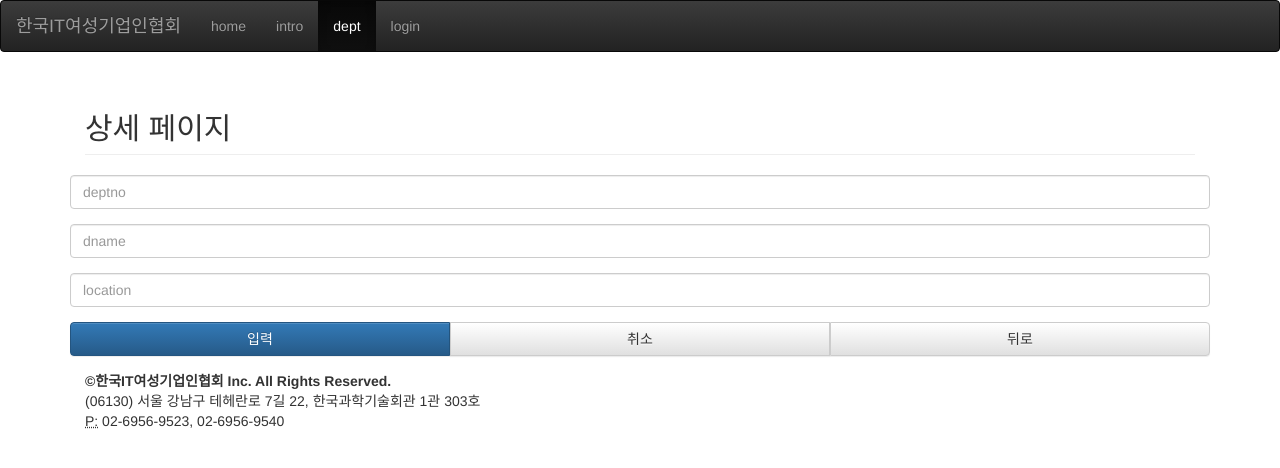
Repository: minho00123/sw-professional-training
Page: http://localhost/sts08/WEB-INF/views/dept/dept.jsp
These files come from the project's save history. The page is drawn as it stood at one moment and after the next save; the edit follows.
The browser window is 1280 px wide. The pictures show the whole page.
The page is served by Tomcat 9. Nobody is signed in. Other server files are loaded and not shown. The template is opened directly, without the code that normally fills it, so the values that code supplies are empty.

Above is the page before, as saved 2025-05-21 03:10:14.
Console error (its wording comes from the project's code and is left out).

### stsWorkspace/sts08/src/main/webapp/WEB-INF/views/dept/dept.jsp
<%@ page language="java" contentType="text/html; charset=UTF-8"
	pageEncoding="UTF-8"%>
<!DOCTYPE html>
<html>
<head>
<meta charset="UTF-8">
<title>Insert title here</title>
<%@ include file="../layout/header.jspf"%>
</head>
<body>
	<%@ include file="../layout/menu.jspf"%>
	<h2 class="page-header">상세 페이지</h2>
	<form action="./" method="post" class="form-horizontal">
		<div class="form-group">
			<label class="sr-only">deptno</label><input name="deptno"
				class="form-control" placeholder="deptno" />
		</div>
		<div class="form-group">
			<label class="sr-only">dname</label><input name="dname"
				class="form-control" placeholder="dname" />
		</div>
		<div class="form-group">
			<label class="sr-only">location</label><input name="loc"
				class="form-control" placeholder="location" />
		</div>
		<div class="form-group">
			<div class="btn-group btn-group-justified" role="group">
				<div class="btn-group" role="group">
					<button type="submit" class="btn btn-primary">입력</button>
				</div>
				<div class="btn-group" role="group">
					<button type="reset" class="btn btn-default">취소</button>
				</div>
				<div class="btn-group" role="group">
					<button type="button" class="btn btn-default"
						onclick="history.back();">뒤로</button>
				</div>
			</div>
		</div>
	</form>
	<%@ include file="../layout/footer.jspf"%>
</body>
</html>

### stsWorkspace/sts08/src/main/webapp/WEB-INF/views/layout/header.jspf
<%@ page language="java" contentType="text/html; charset=UTF-8"
    pageEncoding="UTF-8"%>
<%@ taglib prefix="c" uri="http://java.sun.com/jsp/jstl/core"%>
<!-- Latest compiled and minified CSS -->
<link rel="stylesheet"
	href="https://cdn.jsdelivr.net/npm/bootstrap@3.4.1/dist/css/bootstrap.min.css"
	integrity="sha384-HSMxcRTRxnN+Bdg0JdbxYKrThecOKuH5zCYotlSAcp1+c8xmyTe9GYg1l9a69psu"
	crossorigin="anonymous">

<!-- Optional theme -->
<link rel="stylesheet"
	href="https://cdn.jsdelivr.net/npm/bootstrap@3.4.1/dist/css/bootstrap-theme.min.css"
	integrity="sha384-6pzBo3FDv/PJ8r2KRkGHifhEocL+1X2rVCTTkUfGk7/0pbek5mMa1upzvWbrUbOZ"
	crossorigin="anonymous">

<!-- Latest compiled and minified JavaScript -->
<script
	src="https://cdn.jsdelivr.net/npm/bootstrap@3.4.1/dist/js/bootstrap.min.js"
	integrity="sha384-aJ21OjlMXNL5UyIl/XNwTMqvzeRMZH2w8c5cRVpzpU8Y5bApTppSuUkhZXN0VxHd"
	crossorigin="anonymous"></script>

<!-- jQuery (necessary for Bootstrap's JavaScript plugins) -->
<script src="https://code.jquery.com/jquery-1.12.4.min.js"
	integrity="sha384-nvAa0+6Qg9clwYCGGPpDQLVpLNn0fRaROjHqs13t4Ggj3Ez50XnGQqc/r8MhnRDZ"
	crossorigin="anonymous"></script>

### stsWorkspace/sts08/src/main/webapp/WEB-INF/views/layout/menu.jspf
<%@ page language="java" contentType="text/html; charset=UTF-8"
	pageEncoding="UTF-8"%>
<nav class="navbar navbar-inverse">
	<div class="container-fluid">
		<div class="navbar-header">
			<a class="navbar-brand" href="${pageContext.request.contextPath }/">
				한국IT여성기업인협회 </a>
		</div>
		<div class="collapse navbar-collapse"
			id="bs-example-navbar-collapse-1">
			<ul class="nav navbar-nav">
				<%
					String url = request.getRequestURI().substring((request.getContextPath() + "/WEB-INF/views").length());
					if (url.equals("/index.jsp")) {
						pageContext.setAttribute("menu", "menu1");
					} else if (url.equals("/intro.jsp")) {
						pageContext.setAttribute("menu", "menu2");
					} else if (url.startsWith("/dept/")) {
						pageContext.setAttribute("menu", "menu3");
					} else if (url.startsWith("/login/")) {
						pageContext.setAttribute("menu", "menu4");
					}
				%>
				<li class="${menu eq 'menu1' ? 'active' : '' }"><a
					href="${pageContext.request.contextPath }/">home</a></li>
				<li class="${menu eq 'menu2' ? 'active' : '' }"><a
					href="${pageContext.request.contextPath }/intro">intro</a></li>
				<li class="${menu eq 'menu3' ? 'active' : '' }"><a
					href="${pageContext.request.contextPath }/dept/">dept</a></li>
				<li class="${menu eq 'menu4' ? 'active' : '' }"><a
					href="${pageContext.request.contextPath }/login/">login</a></li>
			</ul>
		</div>
	</div>
</nav>
<div class="container">
	<div class="col-md-12">
		<!-- begin -->

### stsWorkspace/sts08/src/main/webapp/WEB-INF/views/layout/footer.jspf
<%@ page language="java" contentType="text/html; charset=UTF-8"
    pageEncoding="UTF-8"%>
			<!-- end -->
		</div>
		<div class="col-md-12">
			<address>
				<strong>©한국IT여성기업인협회 Inc. All Rights Reserved.</strong><br>
				(06130) 서울 강남구 테헤란로 7길 22, 한국과학기술회관 1관 303호 <br> <abbr
					title="Phone">P:</abbr> 02-6956-9523, 02-6956-9540
			</address>
		</div>
	</div>

After the next save:
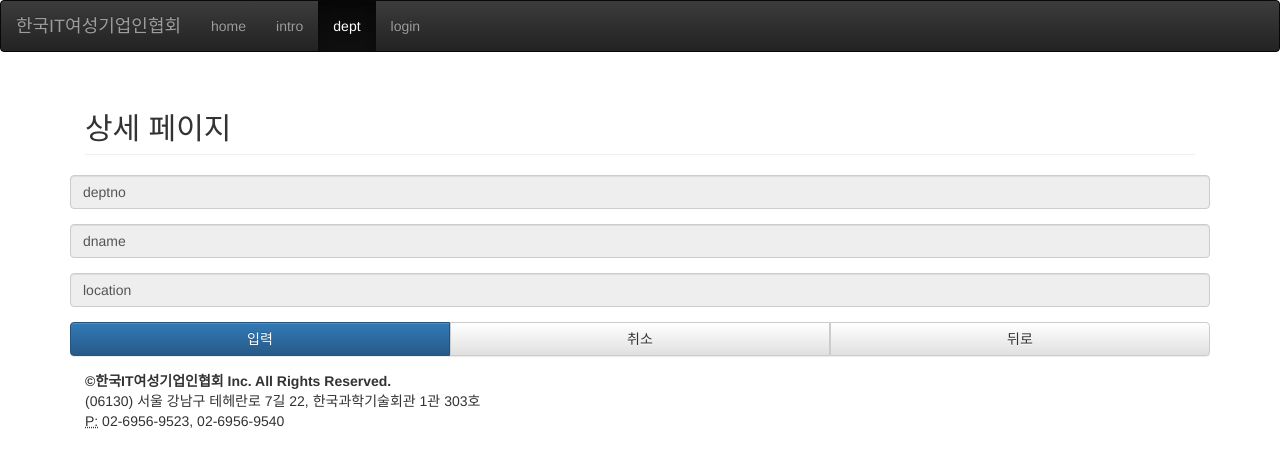
Saved 28 s later.
--- a/stsWorkspace/sts08/src/main/webapp/WEB-INF/views/dept/dept.jsp
+++ b/stsWorkspace/sts08/src/main/webapp/WEB-INF/views/dept/dept.jsp
@@ -13,15 +13,15 @@
 	<form action="./" method="post" class="form-horizontal">
 		<div class="form-group">
 			<label class="sr-only">deptno</label><input name="deptno"
-				class="form-control" placeholder="deptno" />
+				class="form-control" value="deptno" readonly />
 		</div>
 		<div class="form-group">
 			<label class="sr-only">dname</label><input name="dname"
-				class="form-control" placeholder="dname" />
+				class="form-control" value="dname" readonly />
 		</div>
 		<div class="form-group">
 			<label class="sr-only">location</label><input name="loc"
-				class="form-control" placeholder="location" />
+				class="form-control" value="location" readonly />
 		</div>
 		<div class="form-group">
 			<div class="btn-group btn-group-justified" role="group">
